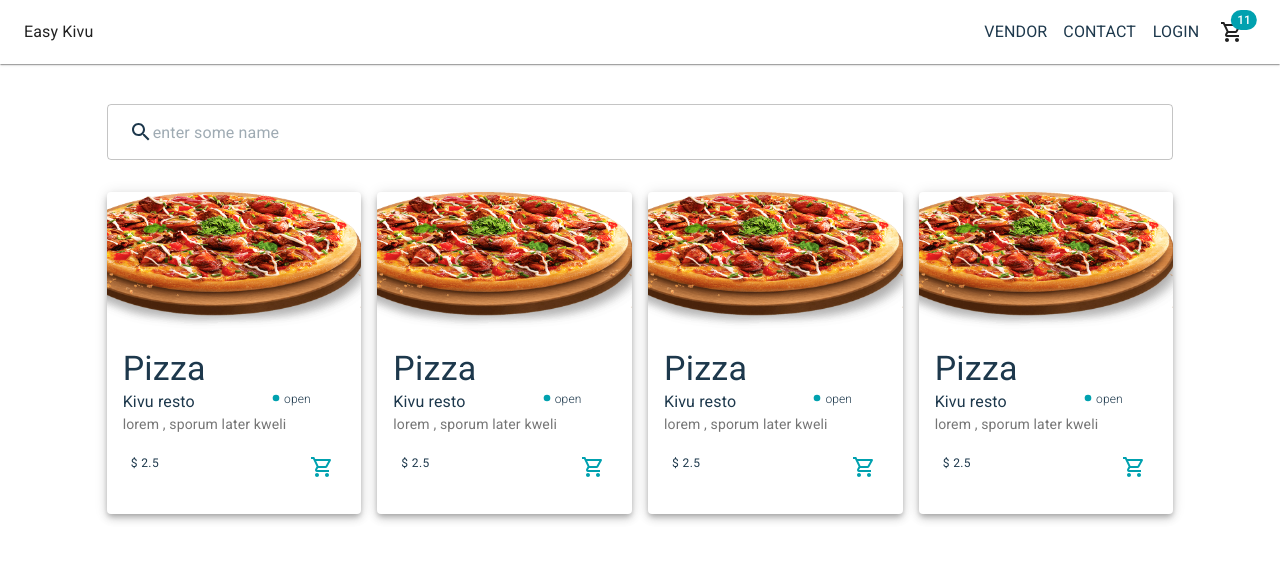
Repository: kilamaelie/jokes-dapp
Page: /
An editor plug-in stored every save of this project. The page is shown before and after the next save, followed by the edit.
The browser window is 1280 px wide. The pictures show the whole page.
The project was rebuilt for these pictures with package versions that can differ from the ones it lists, and the page was loaded fresh each time. Also part of the build but not shown: src/ui/page/dashboard/dashboard.js.

Above is the page before, as saved 2021-06-28 03:08:29.

### src/App.js
import React from 'react'
import {BrowserRouter as Router ,Switch,Route} from 'react-router-dom'
import {ThemeProvider } from "@material-ui/core/styles";
import theme from './App_theme/theme'
import CssBaseline from '@material-ui/core/CssBaseline'
import Main from './ui/page/website/main'
import Dashboards from  './ui/page/dashboard/dashboard'
import AppBars from './ui/widget/appbar'



const App =()=>{


  return (
    <ThemeProvider theme={theme}>
      <CssBaseline>
          <Router>
            <AppBars/>
            <Switch>
              <Route path='/dashboard' component={Dashboards}/>
              <Route path= '/' component={Main}/>
            </Switch>
          </Router>
      </CssBaseline>
    </ThemeProvider>
  )
}

export default App

### src/App_theme/theme.js
import {createMuiTheme} from '@material-ui/core/styles'


const theme =createMuiTheme({
    palette:{
        primary:{
          main: '#FFF'
        },
        secondary:{
          main: '#00A1AF'
        },
        background:{
          default:'#FFF'
        },
        text:{
          primary:'#1D384C',
        }

      }
})

export default theme

### src/ui/page/website/main.js
import React from 'react'
import {Switch,Route} from 'react-router-dom'
import Home from './screen/home'



const Main =()=>{
    return (
            <Switch>

                <Route exact path= '/' component={Home}/>
            </Switch>
        )
}

export default Main

### src/ui/widget/appbar.js
import React,{useState} from 'react'
import {Grid,AppBar,Toolbar,IconButton,Typography,Button,Dialog,DialogContent,DialogContentText,MenuItem,Menu,Badge} from '@material-ui/core';
import RestaurantMenuIcon from '@material-ui/icons/RestaurantMenu';
import AccountCircle from '@material-ui/icons/AccountCircle';
import NotificationsIcon from '@material-ui/icons/Notifications';
import MoreIcon from '@material-ui/icons/MoreVert';
import { useTheme} from '@material-ui/core/styles'
import useMediaQuery from '@material-ui/core/useMediaQuery';
import useStyles from '../style'
import {Link} from 'react-router-dom'
import ShoppingCartOutlinedIcon from '@material-ui/icons/ShoppingCartOutlined';




const AppBars =()=>{

  const classes = useStyles();
  const [open, setOpen] = useState(false);
  const theme = useTheme();
  const fullScreen = useMediaQuery(theme.breakpoints.down('sm'));

  const handleClickOpen = () => {
    setOpen(true);
  };
  const handleClose = () => {
    setOpen(false);
  };
  // for the app bar

  const [anchorEl, setAnchorEl] = React.useState(null);
  const [mobileMoreAnchorEl, setMobileMoreAnchorEl] = React.useState(null);

  const isMenuOpen = Boolean(anchorEl);
  const isMobileMenuOpen = Boolean(mobileMoreAnchorEl);

  const handleProfileMenuOpen = (event) => {
    setAnchorEl(event.currentTarget);
  };
  const handleMenuClose = () => {
    setAnchorEl(null);
    handleMobileMenuClose();
  };
  const handleMobileMenuClose = () => {
    setMobileMoreAnchorEl(null);
  };
  const handleMobileMenuOpen = (event) => {
    setMobileMoreAnchorEl(event.currentTarget);
  };
  const handleLogoutAndMenuClose = () =>{
    const logout = localStorage.removeItem('token')
    localStorage.removeItem('id')
    localStorage.removeItem('user')
    setAnchorEl(null);
    handleMobileMenuClose();
    window.location.reload();
    return logout
  }

  const menuId = 'primary-search-account-menu';
  const renderMenu = (
    <Menu
      anchorEl={anchorEl}
      anchorOrigin={{ vertical: 'top', horizontal: 'right' }}
      id={menuId}
      keepMounted
      transformOrigin={{ vertical: 'top', horizontal: 'right' }}
      open={isMenuOpen}
      onClose={handleMenuClose}
    >
      <MenuItem onClick={handleMenuClose}>Profile</MenuItem>
      <MenuItem onClick={handleLogoutAndMenuClose}>Logout</MenuItem>
    </Menu>
  );

  const mobileMenuId = 'primary-search-account-menu-mobile';
  const renderMobileMenu = (
    <Menu
      anchorEl={mobileMoreAnchorEl}
      anchorOrigin={{ vertical: 'top', horizontal: 'right' }}
      id={mobileMenuId}
      keepMounted
      transformOrigin={{ vertical: 'top', horizontal: 'right' }}
      open={isMobileMenuOpen}
      onClose={handleMobileMenuClose}
    >
          <MenuItem>
          <Typography className={classes.typoAppbar}>VENDOR</Typography>
          </MenuItem>
          <MenuItem>
           <Typography className={classes.typoAppbar}>Contact</Typography>
          </MenuItem>
          {/* {
            token!=null? <div>
               <MenuItem>
        <IconButton aria-label="show 11 new notifications" color="inherit">
          <Badge badgeContent={11} color="secondary">
            <NotificationsIcon />
          </Badge>
        </IconButton>
        <p>Notifications</p>
      </MenuItem>
      <MenuItem onClick={handleProfileMenuOpen}>
        <IconButton
          aria-label="account of current user"
          aria-controls="primary-search-account-menu"
          aria-haspopup="true"
          color="inherit"
        >
          <AccountCircle />
        </IconButton>
        <p>Profile</p>
      </MenuItem>
            </div>

            :  */}
             <div>
              <MenuItem>
            <Button onClick={handleClickOpen}><Typography className={classes.typoAppbar}>Login</Typography></Button>
                    <Dialog
                        // fullScreen={fullScreen}
                        open={open}
                        onClose={handleClose}
                        aria-labelledby="responsive-dialog-title"
                          >
                            <DialogContent>
                              <DialogContentText>
                                  {/* <Login/> */}
                              </DialogContentText>
                            </DialogContent>
                    </Dialog>
          </MenuItem>
            </div>
          {/* } */}


    </Menu>
  );
  return (
      <Grid container direction='row'>
          {/* <Grid item xs={1} sm={1}></Grid> */}
          <Grid item xs={12} sm={12}>
          <AppBar position="fixe" elevation={1}  >
        <Toolbar>
          {/* <IconButton
            component={Link}
            to='/'
            edge="start"
            className={classes.menuButton}
            color="inherit"
            aria-label="open drawer"
          >
            <RestaurantMenuIcon className={classes.icon} />
          </IconButton> */}
          <Typography className={classes.title}  noWrap>
            Easy Kivu
          </Typography>

          <div className={classes.grow} />
          <div className={classes.sectionDesktop}>
             <Button ><Typography className={classes.typoAppbar}>VENDOR</Typography></Button>
            <Button><Typography className={classes.typoAppbar}>CONTACT</Typography></Button>
            {/* {token!=null?
            <div>
            <IconButton aria-label="show 17 new notifications" color="inherit">
              <Badge badgeContent={17} color="secondary">
                <NotificationsIcon  color="secondary"/>
              </Badge>
            </IconButton>
            <IconButton
              edge="end"
              aria-label="account of current user"
              aria-controls={menuId}
              aria-haspopup="true"
              onClick={handleProfileMenuOpen}
              color="inherit"
            >
              <AccountCircle color="secondary" />
            </IconButton>
            </div>
            : */}
            <div>
               <Button onClick={handleClickOpen}><Typography className={classes.typoAppbar}>LOGIN</Typography></Button>
                <Dialog
                    // fullScreen={fullScreen}
                    open={open}
                    onClose={handleClose}
                    aria-labelledby="responsive-dialog-title"
                      >
                        <DialogContent>
                          <DialogContentText>
                          {/* <Login/> */}
                          </DialogContentText>
                        </DialogContent>

                    </Dialog>
            </div>

            {/* } */}

          </div>
          <IconButton aria-label="show 11 new notifications" color="inherit">
          <Badge badgeContent={11} color="secondary">
            <ShoppingCartOutlinedIcon />
          </Badge>
        </IconButton>
          <div className={classes.sectionMobile}>
            <IconButton
              aria-label="show more"
              aria-controls={mobileMenuId}
              aria-haspopup="true"
              onClick={handleMobileMenuOpen}
              color="inherit"
            >
              <MoreIcon className={classes.icon} />
            </IconButton>
          </div>
        </Toolbar>
      </AppBar>
      {renderMobileMenu}
      {renderMenu}
          </Grid>
          {/* <Grid item xs={1} sm={1}></Grid> */}
      </Grid>
  )

}
export default AppBars

### src/ui/page/website/screen/home.js
import React from 'react'
import useStyles from '../../../style'
import {Grid,TextField,InputAdornment} from '@material-ui/core'
import SearchIcon from '@material-ui/icons/Search';
import CardItem from '../screen/widget/card'


const Home = () =>{
    const classes =useStyles()

    return (
        <Grid container direction='row' className={classes.margin_40} >
            <Grid item xs={1} sm={1}></Grid>
            <Grid item xs={10} sm={10}  >
               <Grid container spacing={4}  >
                   <Grid item xs={12} sm={12}>
                       <TextField
                        variant='outlined'
                        fullWidth
                        onFocus
                        placeholder="enter some name"
                        InputProps={{
                            startAdornment: (
                              <InputAdornment position="end">
                                <SearchIcon />
                              </InputAdornment>
                            ),
                          }}
                       />
                   </Grid>
                   <Grid item xs={12} sm={12}>
                       <Grid container spacing ={2}>
                           <Grid item xs={12} sm={3}>
                           <CardItem/>
                           </Grid>
                           <Grid item xs={12} sm={3}>
                           <CardItem/>
                           </Grid>
                           <Grid item xs={12} sm={3}>
                           <CardItem/>
                           </Grid>
                           <Grid item xs={12} sm={3}>
                           <CardItem/>
                           </Grid>
                       </Grid>
                   </Grid>
               </Grid>
            </Grid>
            <Grid item xs={1} sm={1}></Grid>
        </Grid>
    )
}

export default Home

### src/ui/style.js
import {makeStyles} from '@material-ui/core/styles'

export default makeStyles((theme)=>({

    app:{
        background:'white',
        //marginTop:10,
        // marginbo

    },
    title:{
        color:theme.palette.primary.secondary,
        fontWeight:400,

    },
    grow: {
        flexGrow: 1,
      },
      menuButton: {
        marginRight: theme.spacing(4),
      },
      title: {
        display: '',
        color:theme.palette.primary.secondary,
        fontWeight: 400 ,
        [theme.breakpoints.up('sm')]: {
          display: 'block',
          fontWeight: 400
        },
      },

      sectionDesktop: {
        display: 'none',
        [theme.breakpoints.up('md')]: {
          display: 'flex',
        },
      },
      sectionMobile: {
        display: 'flex',
        [theme.breakpoints.up('md')]: {
          display: 'none',
        },
      },
    icon:{
        color:theme.palette.primary.secondary,
    },
    typoAppbar:{
      color:theme.palette.primary.secondary,
      fontSize: 15,
      fontWeight:400
    },
    homeAppbar:{
      marginTop:40,
      backgroundColor:theme.palette.primary.secondary,
      height:80,
      borderRadius:"10px"
    },
    margin_40:{
      marginTop: 40,
      marginBottom:40
    }

}))

### src/ui/page/website/screen/widget/card.js
import React from 'react'
import {Grid,TextField,Typography,IconButton} from '@material-ui/core'
import Card from '@material-ui/core/Card';
import CardActionArea from '@material-ui/core/CardActionArea';
import CardActions from '@material-ui/core/CardActions';
import CardContent from '@material-ui/core/CardContent';
import CardMedia from '@material-ui/core/CardMedia';
import Button from '@material-ui/core/Button';
import Pizza from '../../../../../assets/pizza.png'
import ShoppingCartOutlinedIcon from '@material-ui/icons/ShoppingCartOutlined';
import FiberManualRecordIcon from '@material-ui/icons/FiberManualRecord';

const CardItem =()=>{
    return (
        <Card elevation={5} >
        {/* <CardActionArea> */}
          <CardMedia
            style={{height:140}}
            image={Pizza}
            // title={imagetitle}
          />
          <CardContent>
            <Typography variant="caption" variant='h4' component="h2" >
              Pizza
            </Typography>
            <Grid container>
              <Grid item xs={8} sm={8}>
              <Typography align='ri'  component="h2" >
              Kivu resto
            </Typography>
              </Grid>
             < Grid item xs={4} sm={4}>
              <Typography style={{fontWeight:300,fontSize:12}}>
             <FiberManualRecordIcon color='secondary' style={{fontSize:10}}/> open
            </Typography>
              </Grid>
            </Grid>

            <Typography variant="body2" color="textSecondary" style={{height:30}}>
             lorem , sporum later kweli
            </Typography>

        {/* </CardActionArea> */}
        <CardActions>
          <Grid container>
            <Grid item sm={6} md={6} xs={6} justify="center">
              <Typography variant="caption">
                $ 2.5
              </Typography>
            </Grid>
            <Grid item md={6} xs={6}>
              <Grid container direction="column" justify="center" alignItems="flex-end">
              <IconButton size="small" color="secondary" >
                <ShoppingCartOutlinedIcon/>
              </IconButton>
              </Grid>
            </Grid>
          </Grid>

        </CardActions>
        </CardContent>
      </Card>
    )
}


export default CardItem;

Loaded but not shown: public/index.html (common file); src/index.js (common file); src/index.css (common file); src/reportWebVitals.js (common file)

After the next save:
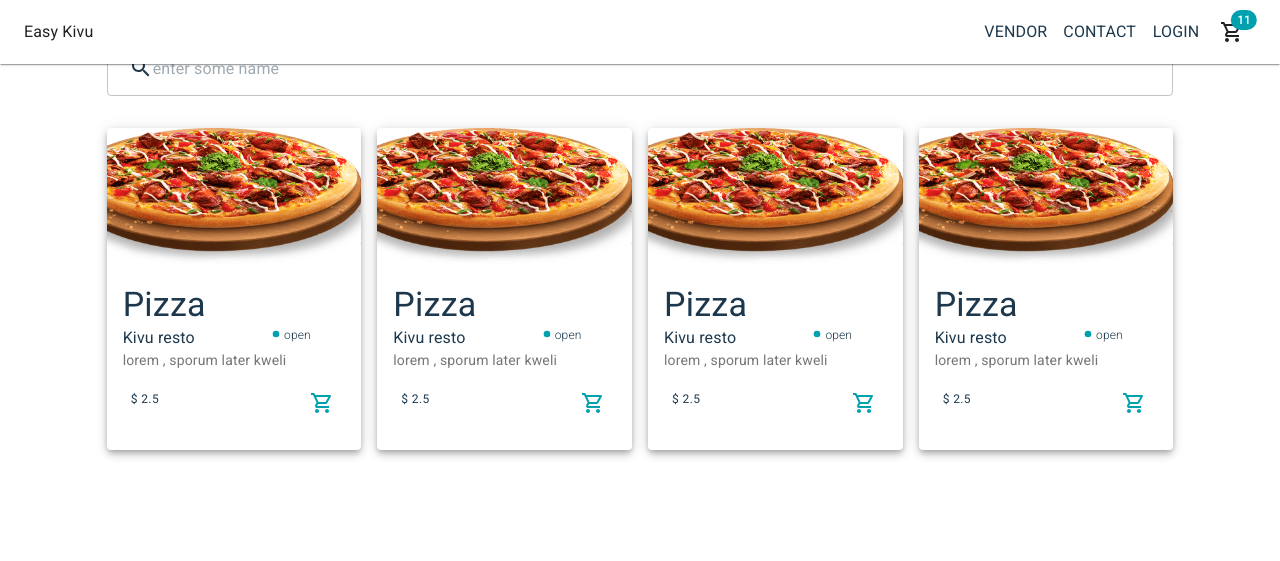
Saved 35 s later.
--- a/src/ui/widget/appbar.js
+++ b/src/ui/widget/appbar.js
@@ -140,7 +140,7 @@ const AppBars =()=>{
       <Grid container direction='row'>
           {/* <Grid item xs={1} sm={1}></Grid> */}
           <Grid item xs={12} sm={12}>
-          <AppBar position="fixe" elevation={1}  >
+          <AppBar position="fixed" elevation={1}  >
         <Toolbar>
           {/* <IconButton
             component={Link}
